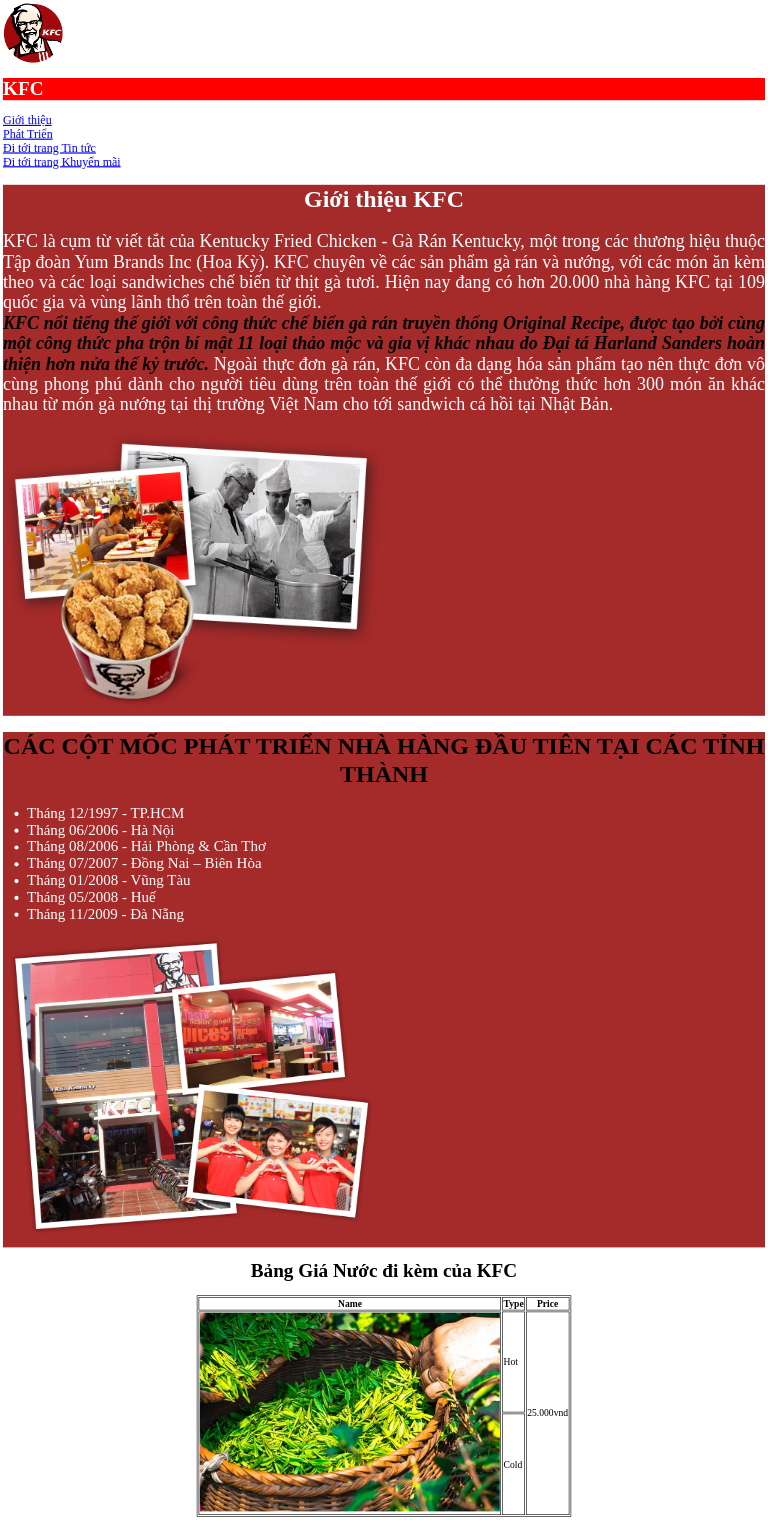
Repository: giahuy405/BC38__-BaiTapHTML_KFC__Pham_Gia_Huy
Page: index.html
The author's editor kept a copy of each file at every save. The page is drawn from the files as they stood at one save, then again after the next save.
The browser window is 1280 px wide. The pictures show the whole page, at 60% of full size.

Above is the page before, as saved 2022-09-06 19:44:38.

After the next save:
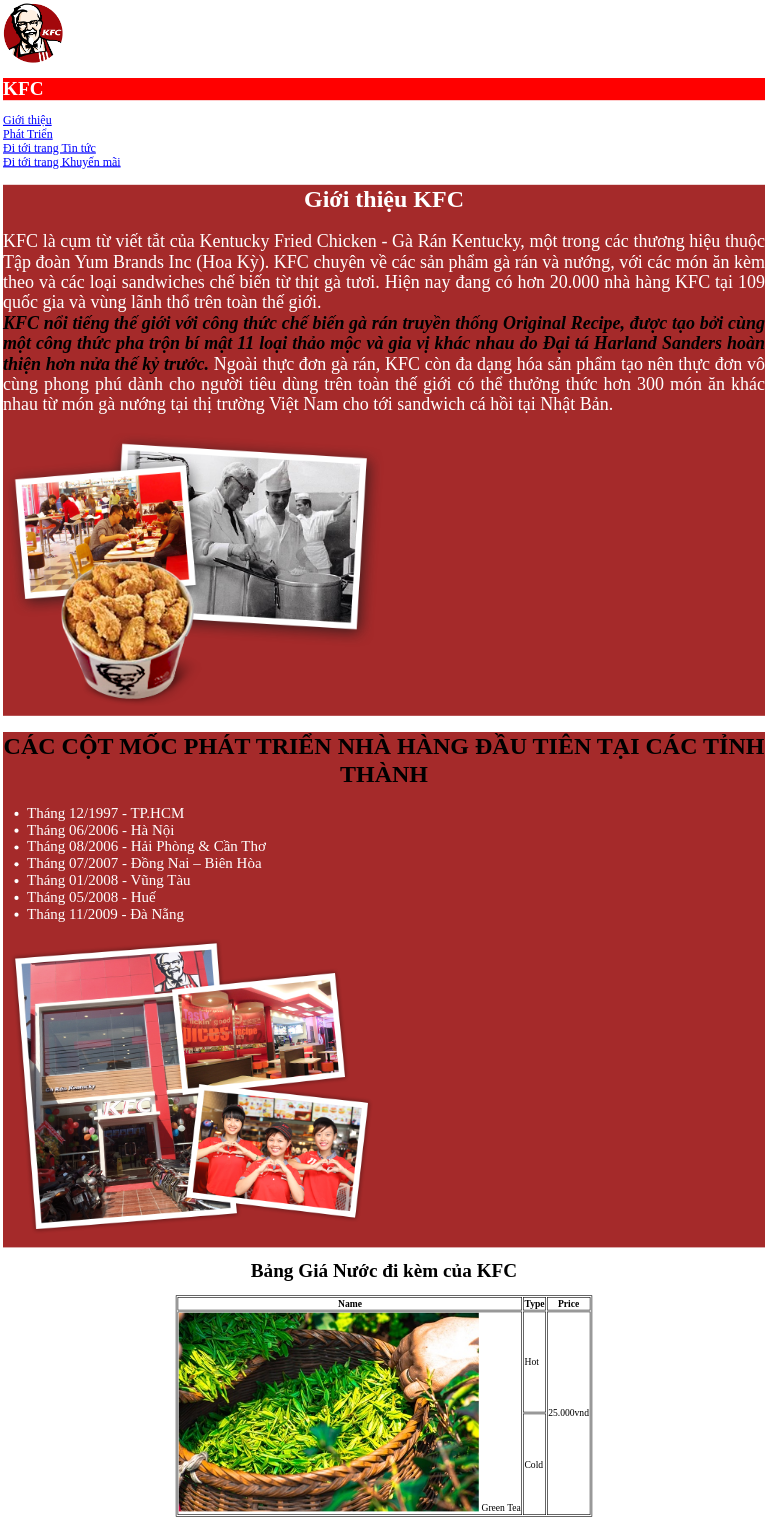
Saved 6 s later.
--- a/index.html
+++ b/index.html
@@ -57,7 +57,7 @@
             </tr>
             <tr>
                 <td rowspan="2">
-                    <img src="./img/greentea.jpg" alt="">
+                    <img src="./img/greentea.jpg" alt=""> <span>Green Tea</span>
                 </td>
                 <td>Hot</td>
                 <td rowspan="2">25.000vnd</td>

After the save that followed:
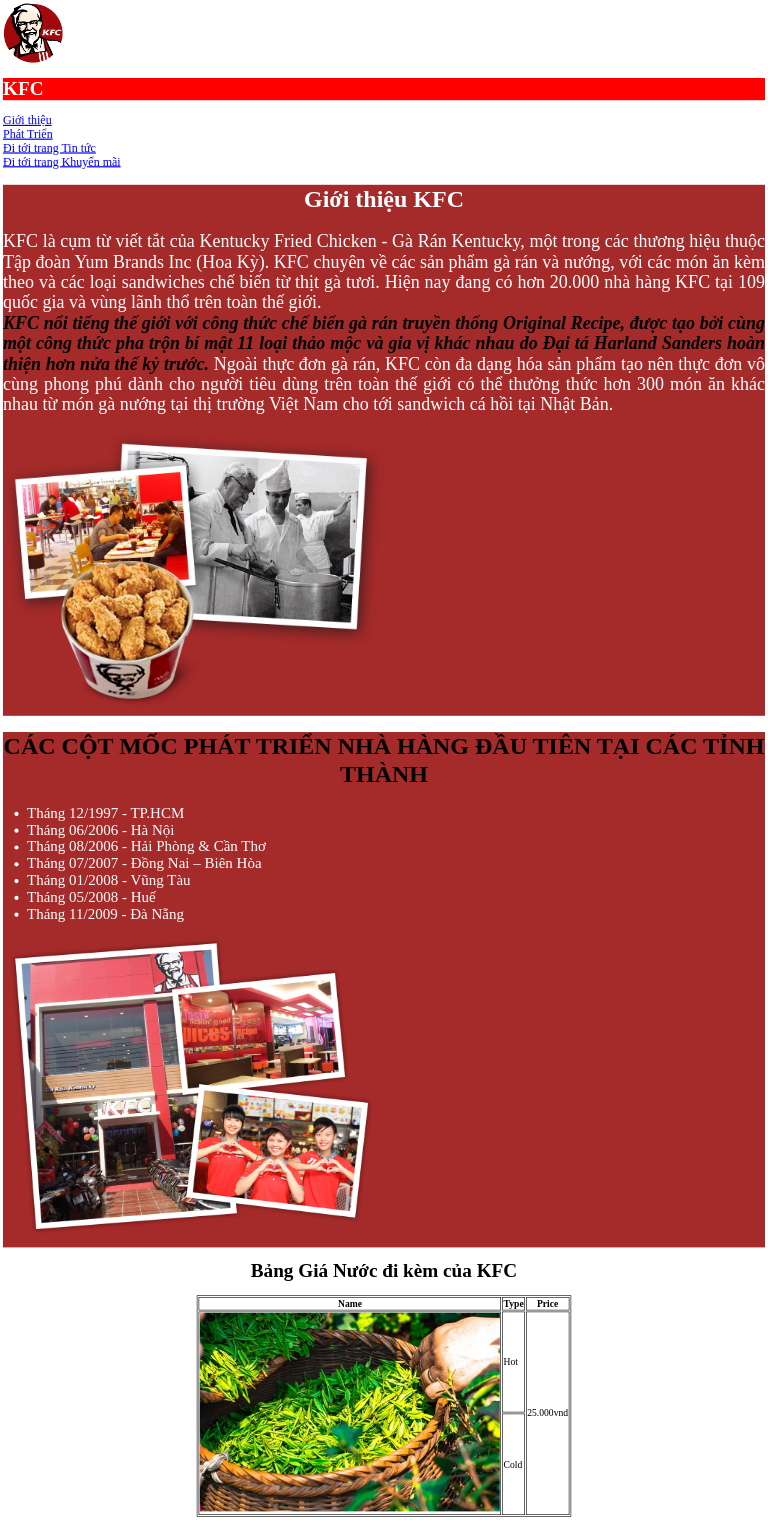
Saved 6 s later.
--- a/index.html
+++ b/index.html
@@ -57,7 +57,7 @@
             </tr>
             <tr>
                 <td rowspan="2">
-                    <img src="./img/greentea.jpg" alt=""> <span>Green Tea</span>
+                    <img src="./img/greentea.jpg" alt="">
                 </td>
                 <td>Hot</td>
                 <td rowspan="2">25.000vnd</td>
